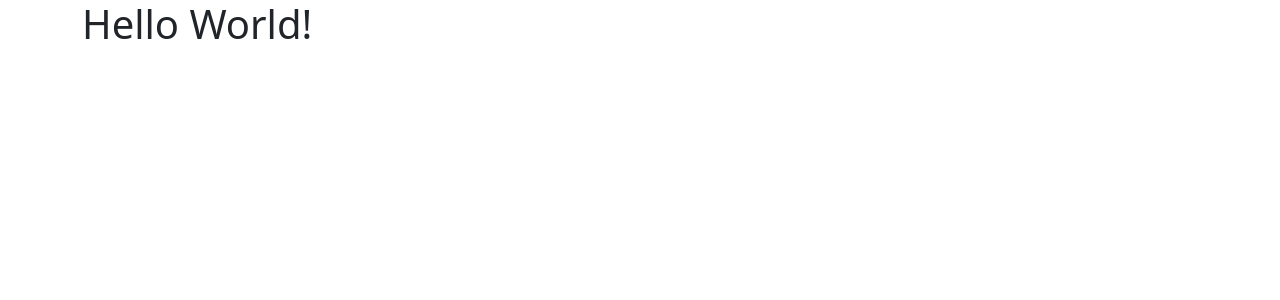
Repository: invisibleufo101/StudentManagementWeb
Page: HSW_Web/src/main/webapp/index.html
These files come from the project's save history. The page is drawn as it stood at one moment and after the next save; the edit follows.
The browser window is 1280 px wide. The pictures show the whole page.

Above is the page before, as saved 2024-09-19 07:58:46.

### HSW_Web/src/main/webapp/index.html
<!DOCTYPE html>
<html>
<head>
	<meta charset="UTF-8">
	<meta name="viewport" content="width=device-width, initial-scale=1">
	<link rel="stylesheet" href="css/bootstrap.min.css" />
	<script defer src="js/bootstrap.bundle.min.js"></script>
	<title>학생 관리 포털</title>
</head>
<body>
	<main>
		<div class="container">
			<h1>Hello World!</h1>
		</div>
	</main>
</body>
</html>

Loaded but not shown: HSW_Web/src/main/webapp/css/bootstrap.min.css (library); HSW_Web/src/main/webapp/js/bootstrap.bundle.min.js (no copy from this time; the picture is the same without it)

After the next save:
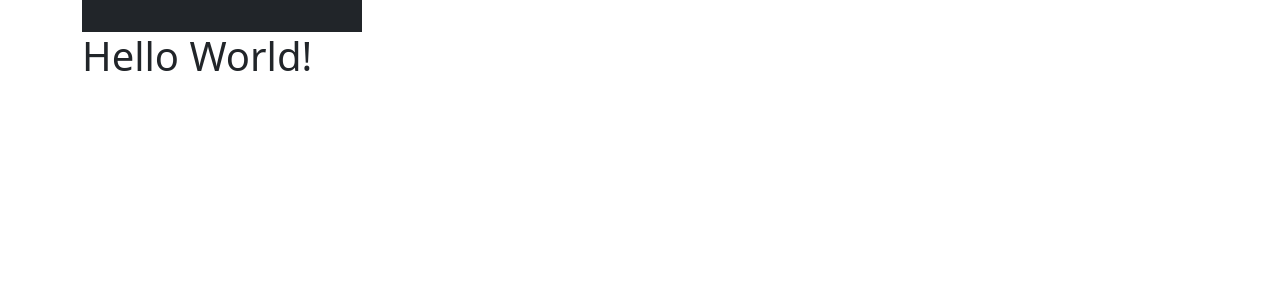
Saved 58 s later.
--- a/HSW_Web/src/main/webapp/index.html
+++ b/HSW_Web/src/main/webapp/index.html
@@ -10,6 +10,9 @@
 <body>
 	<main>
 		<div class="container">
+			<div class="d-flex flex-column flex-shrink-0 p-3 text-white bg-dark" style="width: 280px;">
+
+			</div>
 			<h1>Hello World!</h1>
 		</div>
 	</main>
